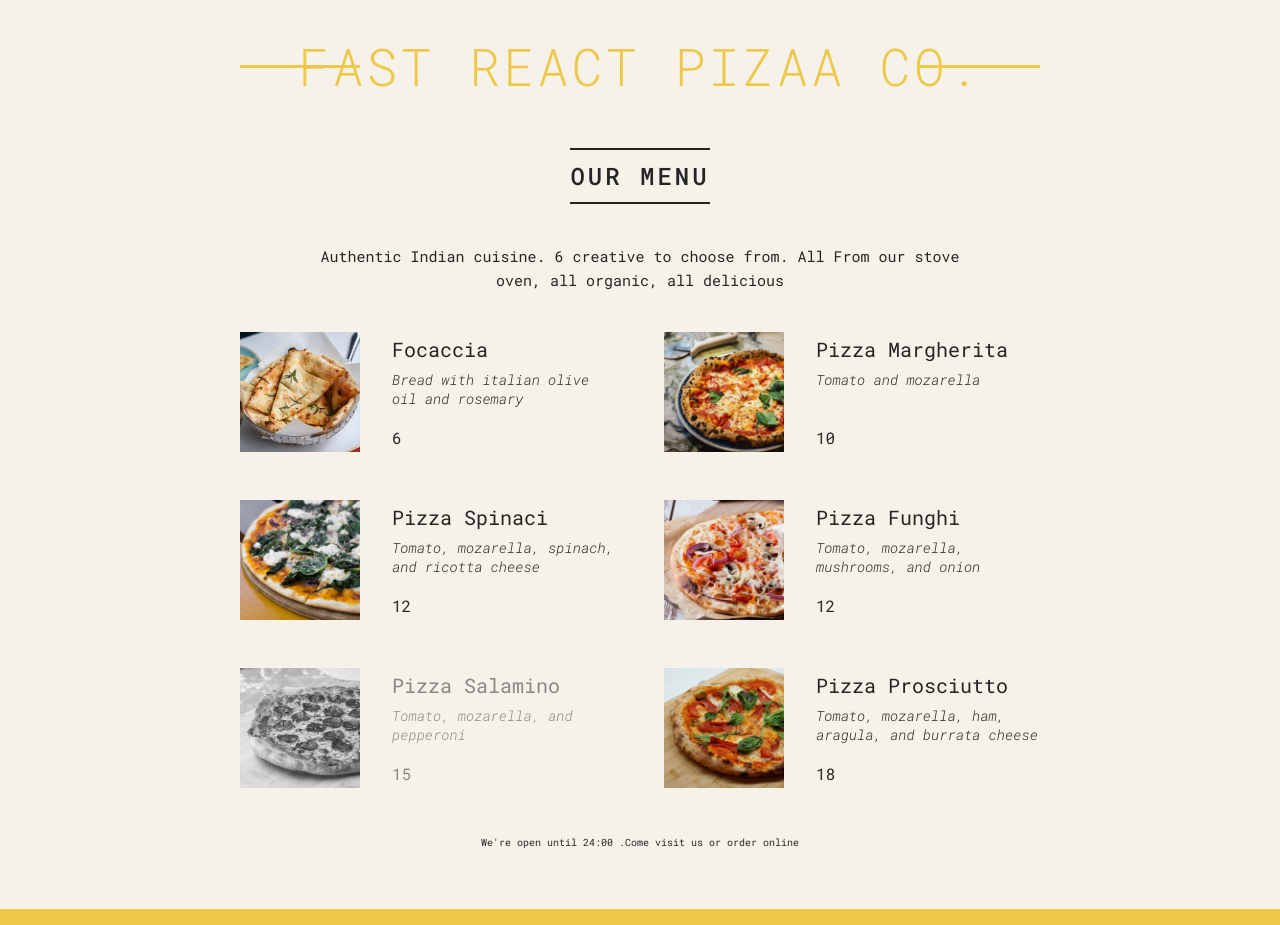
Repository: balaji-ummadisetty/reactPropsPractice
Page: /
The author's editor kept a copy of each file at every save. The page is drawn from the files as they stood at one save, then again after the next save.
The browser window is 1280 px wide. The pictures show the whole page.
The project was rebuilt for these pictures with package versions that can differ from the ones it lists, and the page was loaded fresh each time. Also part of the build but not shown: vite.config.js.

Above is the page before, as saved 2024-05-08 23:34:54.

After the next save:
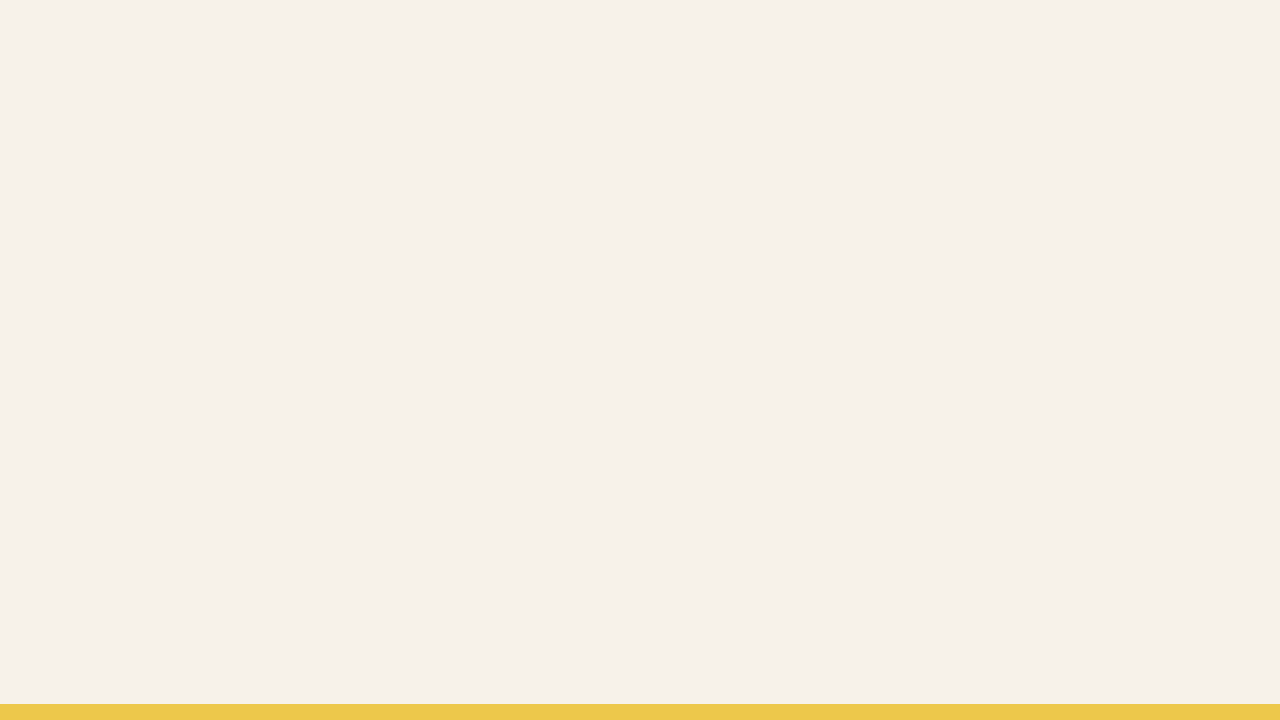
Console error: ReferenceError: ho is not defined
Saved 7 s later.
--- a/src/App.jsx
+++ b/src/App.jsx
@@ -42,7 +42,8 @@
     const hour = new Date().getHours();
     const openHour = 12;
     const closeHour = 24;
-    const isopen = hour >= openHour && hour <= closeHour;
+    const isopen = hour >= openHour && ho
+    ur <= closeHour;
 
     if (!isopen) {
         return (

After the 2 saves that followed:
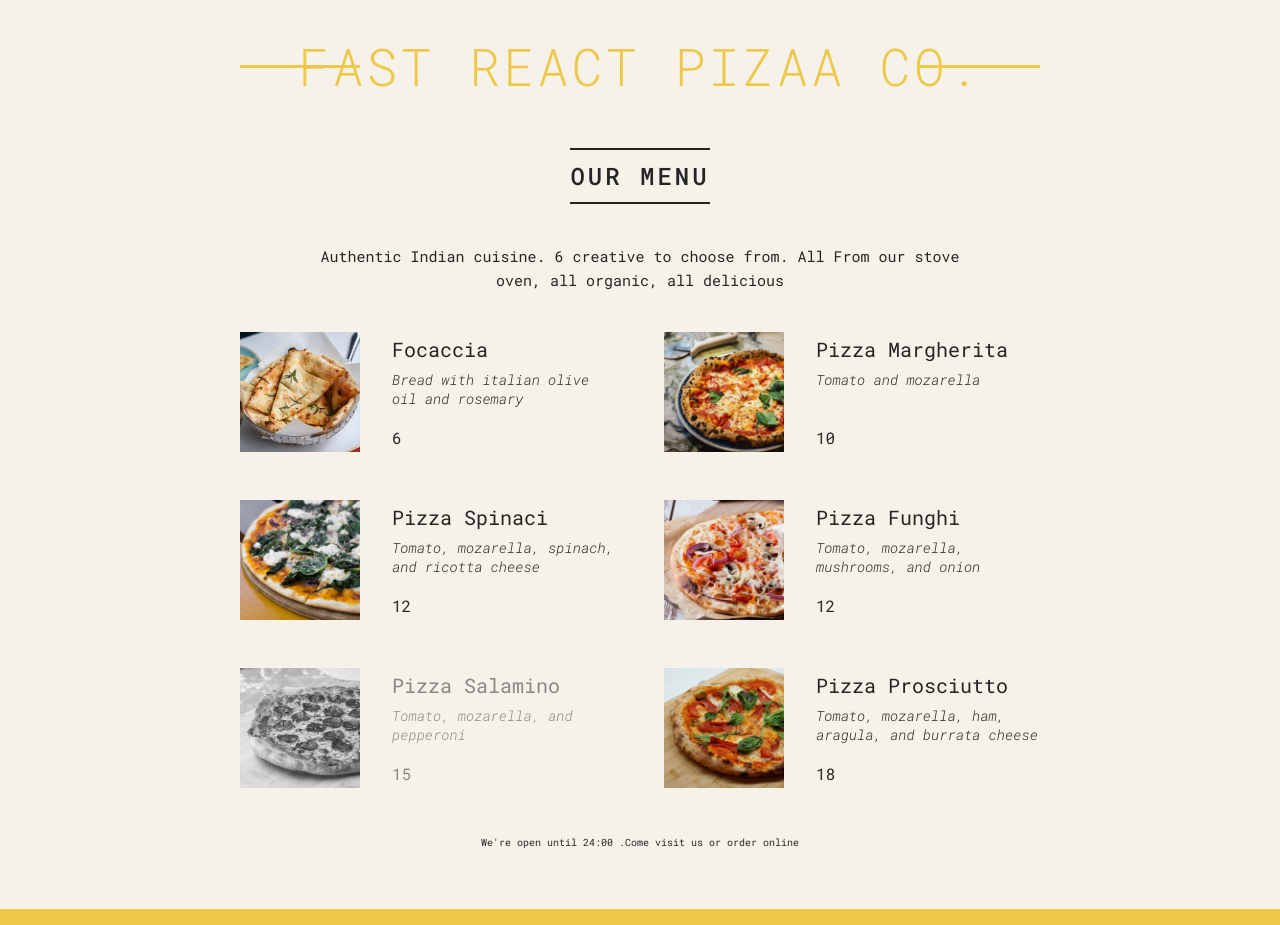
The error is gone.
The 2 saves are shown as one change because they came seconds apart.
The last was saved 6 s later.
--- a/src/App.jsx
+++ b/src/App.jsx
@@ -42,8 +42,7 @@
     const hour = new Date().getHours();
     const openHour = 12;
     const closeHour = 24;
-    const isopen = hour >= openHour && ho
-    ur <= closeHour;
+    const isopen = hour >= openHour && hour <= closeHour;
 
     if (!isopen) {
         return (
@@ -52,7 +51,8 @@
     }
     return (
         <footer className='footers'>
-            <div className='order'>We're open until {closeHour}:00 .Come visit us or order online</div></footer>
+            <div className='order'>We're open until {closeHour}:00 .Come visit us or order online</div>
+            </footer>
     );
 }
 
